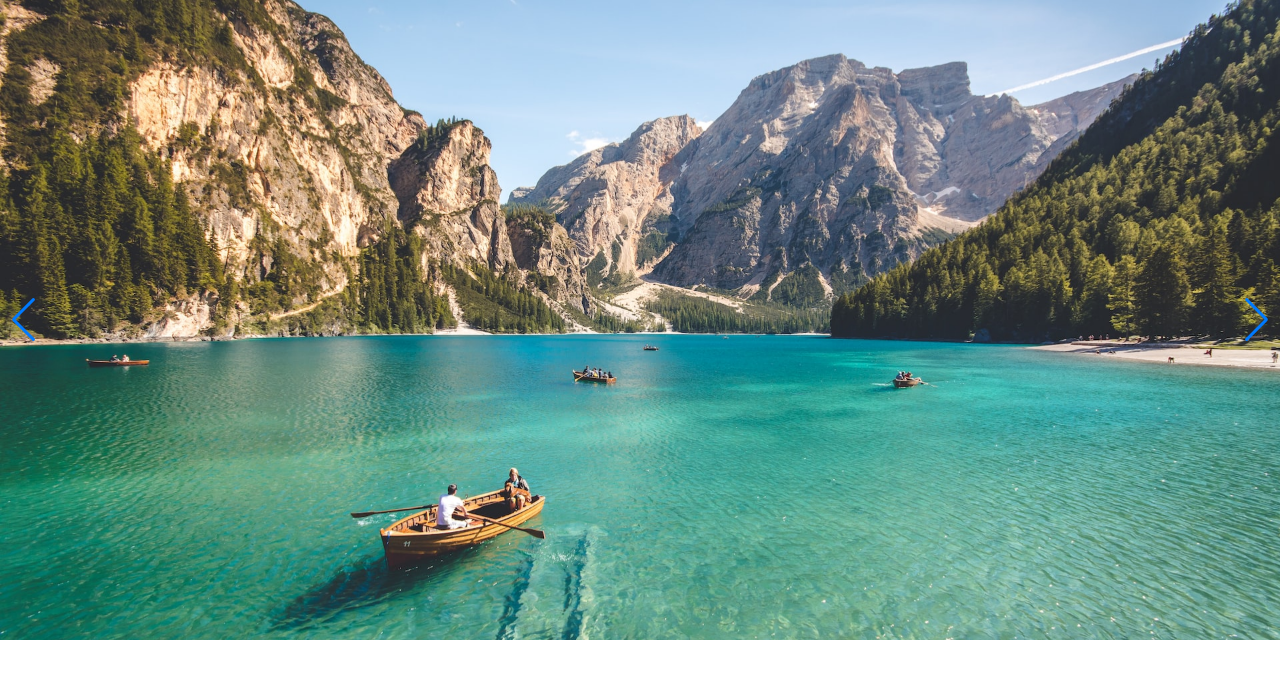
Repository: OmniaRafat232111121/Traveling
Page: index.html
An editor plug-in stored every save of this project. The page is shown before and after the next save, followed by the edit.
The browser window is 1280 px wide. The pictures show the whole page.

Above is the page before, as saved 2022-12-19 23:03:48.

### index.html
<!DOCTYPE html>
<html lang="en">
<head>
    <meta charset="UTF-8">
    <meta http-equiv="X-UA-Compatible" content="IE=edge">
    <meta name="viewport" content="width=device-width, initial-scale=1.0">
    <title>Travel Css</title>
    <link rel="stylesheet" href="css/style.css">
    <!--swiper-->
       <link
  rel="stylesheet"
  href="https://cdn.jsdelivr.net/npm/swiper@8/swiper-bundle.min.css"
/>
<!--Box icon-->
 <link rel="stylesheet"
  href="https://cdn.jsdelivr.net/npm/boxicons@latest/css/boxicons.min.css">
</head>
<body>
    <!--navbar start-->
    <header class="header">
        <div class="logo">
        <a href="index.html" >Travel</a>
        </div>
        <div class="'bx bx-menu" id="menu-icon"></div>
        <nav>
            <ul>
                <li><a href="index.html">Home</a></li>
                <li><a href="#about">About</a></li>
                <li><a href="#places">Places</a></li>
                <li><a href="#viedo">Videos</a></li>
            </ul>
        </nav>

    </header>
   <!--navbar end-->
   <!--home start-->
   <section class="home swiper" id="home">
   <div class="swiper-wrapper">
        <div class="swiper-slide container">
            <img src="./imgs/travel1.jpg" alt="travel"/>
        </div>

        <div class="swiper-slide container">
            <img src="./imgs/travel1.jpg" alt="travel"/>
        </div>
        <div class="swiper-slide container">
            <img src="./imgs/travel1.jpg" alt="travel"/>
        </div>

      </div>
      <div class="swiper-button-next"></div>
      <div class="swiper-button-prev"></div>
   </section>
   <!--home end-->
<!--swiper-->
<script src="https://cdn.jsdelivr.net/npm/swiper@8/swiper-bundle.min.js"></script>
<!--custom js-->
<script src="main.js"></script>
</body>
</html>

### css/style.css
@import url('https://fonts.googleapis.com/css2?family=Be+Vietnam+Pro:wght@100&family=Inter:wght@100;300;400;500;600&family=Montserrat:wght@400;700&family=Nunito:ital,wght@0,200;0,300;1,200&family=Open+Sans:ital,wght@0,300;0,600;0,700;1,300&family=Poppins:ital,wght@0,200;0,300;0,500;0,600;0,800;0,900;1,100;1,200;1,300;1,500&family=Work+Sans:ital,wght@0,100;0,200;0,400;0,500;1,200;1,300&display=swap');
*{
    padding:0;
    margin:0;
    box-sizing: border-box;
    font-family: Poppins,'sans-serif';
    scroll-behavior: smooth;
}
:root{
    --text-color:#021f2a;
    --bf-color:#fff;
}
li{
    list-style: none;
}
a{
    text-decoration: none;
}
header{
    background-color: rgb(5, 11, 11);
    position:fixed;
    width:100%;
    top:0;
    left:0;
    right:0;
    display:flex;
    align-items: center;
    justify-content: space-between;
    padding:10px 20px;
     transition: 0.3s;
}
nav ul li{
    display:inline-block;
    margin-left: 100px;

}
nav ul li a{
    color:#fff;
}
.logo a{
    font-size: 1rem;
    font-weight: 600;
    color:var(--bf-color)
}
nav ul li {
    position: relative;
}
nav ul li a::after{
    content:" ";
    width:0%;
    height:2px;
    background-color:#fff;
    position: absolute;
    bottom: -3px;
    left:0;
    transition: 0.3s;

}
nav ul li a:hover::after{
 width:50px;
}
#menu-icon{
    display:none;
    cursor: pointer;
    z-index:10001;

}
.container{
    position:relative;
    width:100%;
    min-height:640px ;
    display: flex;
    align-items: center;
}
.container img{
    position: absolute;
    width:100%;
    height:100%;
    object-fit: cover;
}

### main.js
//swiper
var swiper = new Swiper(".home", {
       loop: true,
       grabCursor:true,
        navigation: {
          nextEl: ".swiper-button-next",
          prevEl: ".swiper-button-prev",
        },
});

After the next save:
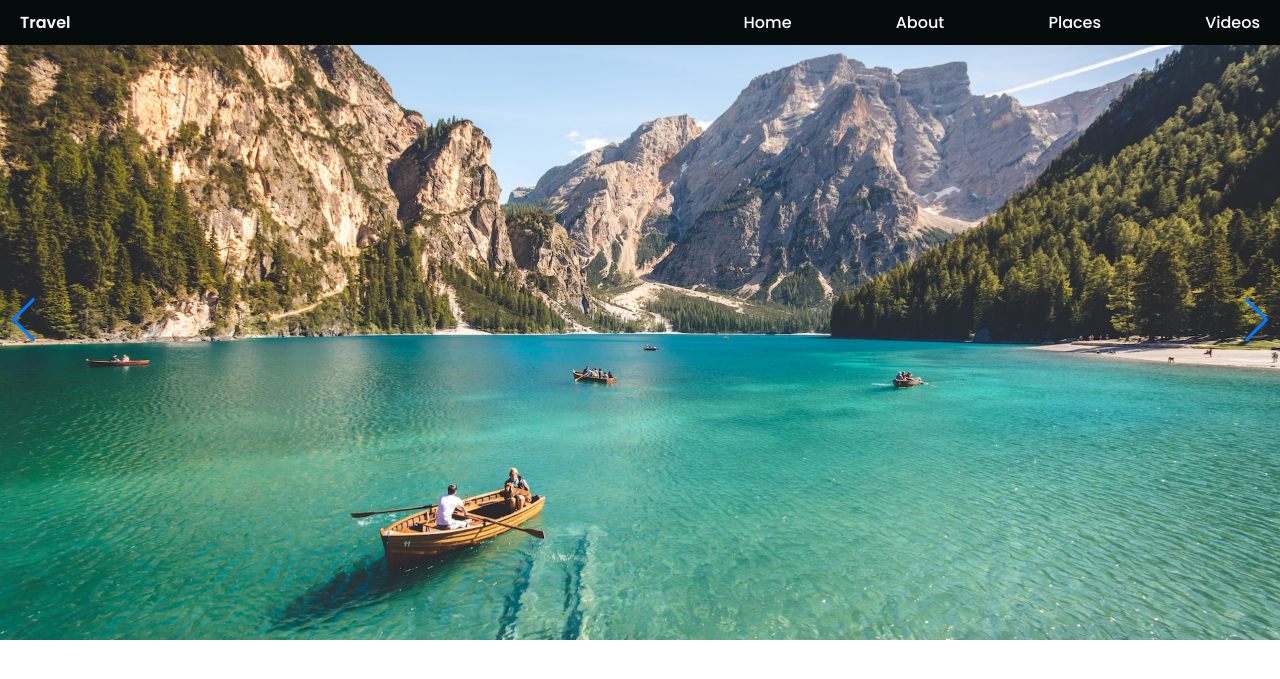
Saved 50 s later.
--- a/css/style.css
+++ b/css/style.css
@@ -28,6 +28,7 @@ header{
     justify-content: space-between;
     padding:10px 20px;
      transition: 0.3s;
+     z-index:20000;
 }
 nav ul li{
     display:inline-block;

After the save that followed:
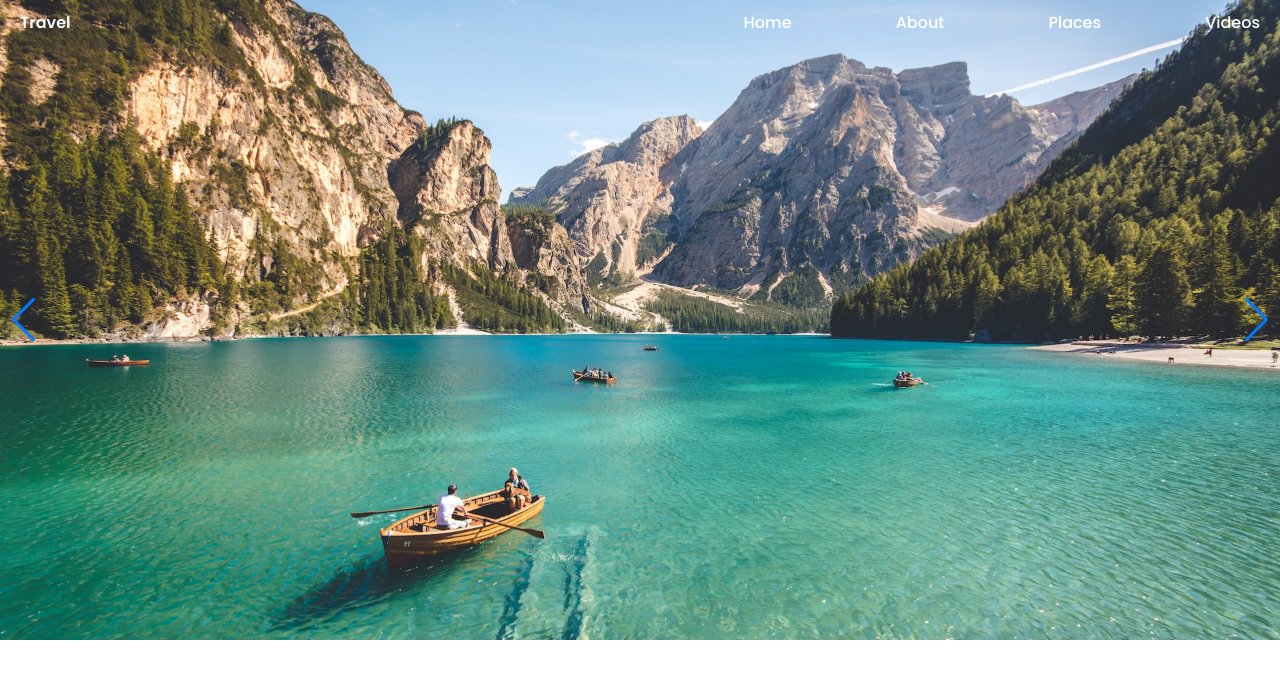
Saved 14 s later.
--- a/css/style.css
+++ b/css/style.css
@@ -17,7 +17,7 @@ a{
     text-decoration: none;
 }
 header{
-    background-color: rgb(5, 11, 11);
+
     position:fixed;
     width:100%;
     top:0;
